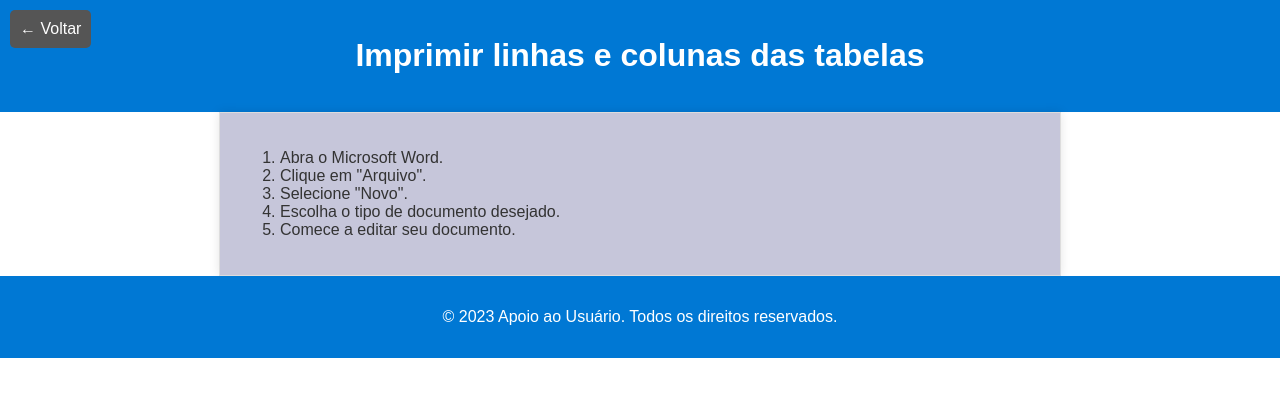
Repository: I4guito/dicasdez
Page: Dicas site/Dicas/sobreaudios.html
These files come from the project's save history. The page is drawn as it stood at one moment and after the next save; the edit follows.
The browser window is 1280 px wide. The pictures show the whole page.

Above is the page before, as saved 2023-12-07 15:29:21.

### Dicas site/Dicas/sobreaudios.html
<!DOCTYPE html>
<html lang="pt-br">
<head>
    <meta charset="UTF-8">
    <meta name="viewport" content="width=device-width, initial-scale=1.0">
    <link rel="stylesheet" href="/Dicas site/office365 tutoriais/wordtutoriais/ztutor.css">
    <script src="/Dicas site/office365 tutoriais/wordtutoriais/tutors.js"></script>
    <title>Tutorial</title>
</head>
<body>
    <header>
        <a href="javascript:history.back()" class="voltar-btn">&#8592; Voltar</a>
        <h1>Imprimir linhas e colunas das tabelas</h1>

    </header>

<div class="container">
    <section class="tutorial-content">


        <ol>
            <li>Abra o Microsoft Word.</li>
            <li>Clique em "Arquivo".</li>
            <li>Selecione "Novo".</li>
            <li>Escolha o tipo de documento desejado.</li>
            <li>Comece a editar seu documento.</li>
        </ol>
    </section>
</div>

    <footer>
        <p>&copy; 2023 Apoio ao Usuário. Todos os direitos reservados.</p>
    </footer>
</body>
</html>

### Dicas site/office365 tutoriais/wordtutoriais/ztutor.css
body {
    font-family: 'Arial', sans-serif;
    margin: 0;
    padding: 0;
}

header {
    background-color: #0078D4;
    color: white;
    text-align: center;
    padding: 1rem;
}

header img {
    max-width: 100px;
    margin-top: 10px;
}

.container {
    max-width: 800px;
    margin: 0 auto;
    background-color: rgb(198, 198, 218);
    padding: 20px;
    box-shadow: 0 0 10px rgba(0, 0, 0, 0.1);
    border: 1px solid #ddd;
    color: #333;
}

.problems-list {
    max-width: 600px;
    margin: 20px auto;
    padding: 20px;
    border: 1px solid #ddd;
    border-radius: 5px;
}

.problems-list h2 {
    color: #0078D4;
}

.problems-list ul {
    list-style-type: none;
    padding: 0;
}

.problems-list li {
    margin: 10px 0;
    border-bottom: 1px solid #ddd;
    padding: 10px;
    background-color: #53616b;
}

.problems-list li:last-child {
    border-bottom: none; /
}

.problems-list a {
    text-decoration: none;
    color: #0078D4;
    transition: color 0.3s;
}

.problems-list a:hover {
    color: #004377;
}

footer {
    background-color: #0078D4;
    color: white;
    text-align: center;
    padding: 1rem;
}

.link-instrucoes {
    font-family:cursive;
    width: 50px;
    left: 10px;
    text-decoration: none;
    color: #fff;
    font-size: 25px;
    padding: 3px;
    background-color: #555;
    border: none;
    border-radius: 10px;
    cursor: pointer;
    transition:  background-color 0.3s;
}

.link-instrucoes:hover {
    background-color:#777
}


.voltar-btn {
    position: absolute;
    left: 10px;
    top: 10px;
    text-decoration: none;
    color: #fff;
    font-size: 16px;
    padding: 10px;
    background-color: #555;
    border: none;
    border-radius: 5px;
    cursor: pointer;
    transition: background-color 0.3s;
}

.voltar-btn:hover {
    background-color: #777;
}


.step {
    max-width: 800px;
    margin: 0 auto;
    background-color: #333;
    padding: 20px;
    box-shadow: 0 0 10px rgba(0, 0, 0, 0.1);
    border: 1px solid #ddd;
    color: #333;
    margin-bottom: 40px;
    padding: 20px;
    border-radius: 8px;
    box-shadow: 0 4px 8px rgba(0, 0, 0, 0.1);
}

### Dicas site/office365 tutoriais/wordtutoriais/tutors.js

const isOpera = navigator.userAgent.indexOf("OPR") > -1;


if (isOpera) {
  document.addEventListener("DOMContentLoaded", function () {
    document.querySelector("body").style.backgroundColor = "#005c4b";
    document.querySelector(".container").style.color = "#333";
    document.querySelector(".container").style.backgroundColor = "#006c6d";
  });
}

### Dicas site/Dicas/padrao.css
body {
    font-family: 'Arial', sans-serif;
    margin: 0;
    padding: 0;
    background-color: #f2f2f2;
    color:#fff
}

.container {
    max-width: 800px;
    margin: 0 auto;
    background-color: #ccc;
    padding: 20px;
    box-shadow: 0 0 10px rgba(0, 0, 0, 0.1);
    border: 1px solid #ddd;
    color: #333;
}

header, section, footer {
    margin-bottom: 20px;
}

header h1, section h2 {
    color: #333;
}

ul {
    list-style: none;
    padding: 0;
}

li {
    margin-bottom: 10px;
}

footer {
    text-align: center;
    color: #777;
}

.voltar-btn {
    position: absolute;
    left: 10px;
    top: 10px;
    text-decoration: none;
    color: #fff;
    font-size: 16px;
    padding: 10px;
    background-color: #555;
    border: none;
    border-radius: 5px;
    cursor: pointer;
    transition: background-color 0.3s;
}

.voltar-btn:hover {
    background-color: #777;
}

img {

    margin-inline: 5cm;
    max-width: 100%;
    border-radius: 3%;
}

.link-instrucoes {
    font-family:cursive;
    width: 50px;
    left: 10px;
    text-decoration: none;
    color: #fff;
    font-size: 25px;
    padding: 3px;
    background-color: #555;
    border: none;
    border-radius: 10px;
    cursor: pointer;
    transition:  background-color 0.3s;
}

.link-instrucoes:hover {
    background-color:#777
}

.step {
    max-width: 800px;
    margin: 0 auto;
    background-color: #333;
    padding: 20px;
    box-shadow: 0 0 10px rgba(0, 0, 0, 0.1);
    border: 1px solid #ddd;
    color: #333;
    margin-bottom: 40px;
    padding: 20px;
    border-radius: 8px;
    box-shadow: 0 4px 8px rgba(0, 0, 0, 0.1);
}



.container img {
    display: block;
    max-width: 35%;
    height: auto;
    display: block;
    margin: 20px auto;
    border-radius: 8px;
    box-shadow: 0 4px 8px rgba(0, 0, 0, 0.1);


}

.image-zoom input[type="checkbox"] {
    display: none;
}

.image-zoom img {
    max-width: 100%;
    height: auto;
    cursor: pointer;
    transition: transform 0.3s ease-in-out;
}

.image-zoom input[type="checkbox"]:checked + img {
    transform: scale(1.5);
}

### Dicas site/script.js
function filterItems() {
    var searchBar = document.getElementById('searchBar');
    var filter = searchBar.value.toUpperCase();

    var columns = document.getElementsByClassName('column');
    for (var i = 0; i < columns.length; i++) {
        var boxes = columns[i].getElementsByClassName('box');
        for (var j = 0; j < boxes.length; j++) {
            var item = boxes[j];
            var textValue = item.textContent || item.innerText;
            if (textValue.toUpperCase().indexOf(filter) > -1) {
                item.style.display = "";
            } else {
                item.style.display = "none";
            }
        }
    }
}

function openPage(pageName) {
    window.location.href = pageName + '.html';
}

const isOpera = navigator.userAgent.indexOf("OPR") > -1;

if (isOpera) {
    document.addEventListener("DOMContentLoaded", function () {
        const containers = document.querySelectorAll(".container");
        containers.forEach(function (container) {
            container.style.backgroundColor = "#005c4b";
            container.style.color = "#333";
        });
    });
}

After the next save:
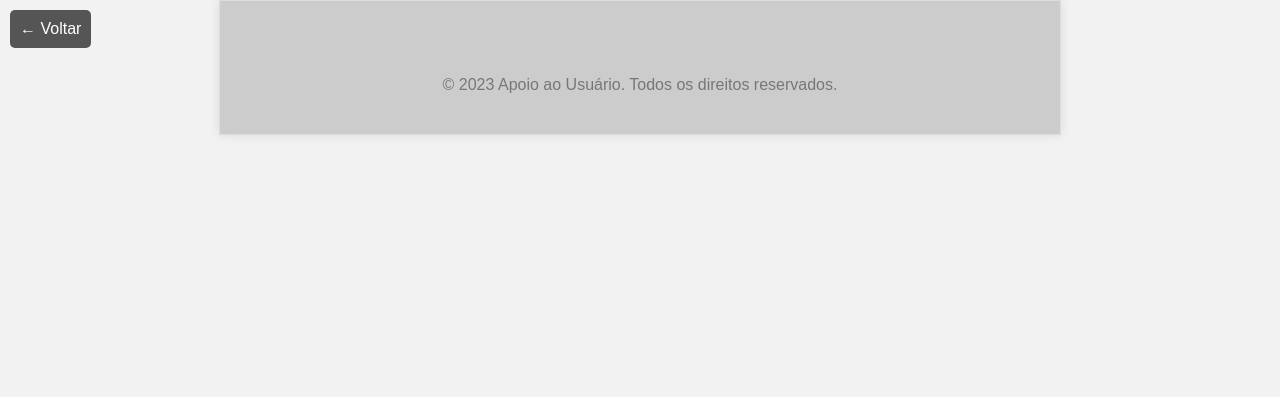
Saved 48 s later.
--- a/Dicas site/Dicas/sobreaudios.html
+++ b/Dicas site/Dicas/sobreaudios.html
@@ -3,33 +3,26 @@
 <head>
     <meta charset="UTF-8">
     <meta name="viewport" content="width=device-width, initial-scale=1.0">
-    <link rel="stylesheet" href="/Dicas site/office365 tutoriais/wordtutoriais/ztutor.css">
-    <script src="/Dicas site/office365 tutoriais/wordtutoriais/tutors.js"></script>
-    <title>Tutorial</title>
+    <link rel="stylesheet" href="padrao.css">
+    <script src="/Dicas site/script.js"></script>
+    <title>Dicas 10 - </title>
 </head>
 <body>
-    <header>
+    <div class="container">
+        <header>
         <a href="javascript:history.back()" class="voltar-btn">&#8592; Voltar</a>
-        <h1>Imprimir linhas e colunas das tabelas</h1>
-
-    </header>
-
-<div class="container">
-    <section class="tutorial-content">
-
-
-        <ol>
-            <li>Abra o Microsoft Word.</li>
-            <li>Clique em "Arquivo".</li>
-            <li>Selecione "Novo".</li>
-            <li>Escolha o tipo de documento desejado.</li>
-            <li>Comece a editar seu documento.</li>
-        </ol>
-    </section>
-</div>
-
-    <footer>
-        <p>&copy; 2023 Apoio ao Usuário. Todos os direitos reservados.</p>
-    </footer>
+            <h1> </h1>
+        </header>
+        <section>
+            <h2>  </h2>
+            <ul>
+                <li></li>
+                <li></li>
+            </ul>
+        </section><br>
+        <footer>
+            <p>&copy; 2023 Apoio ao Usuário. Todos os direitos reservados.</p>
+        </footer>
+    </div>
 </body>
 </html>
